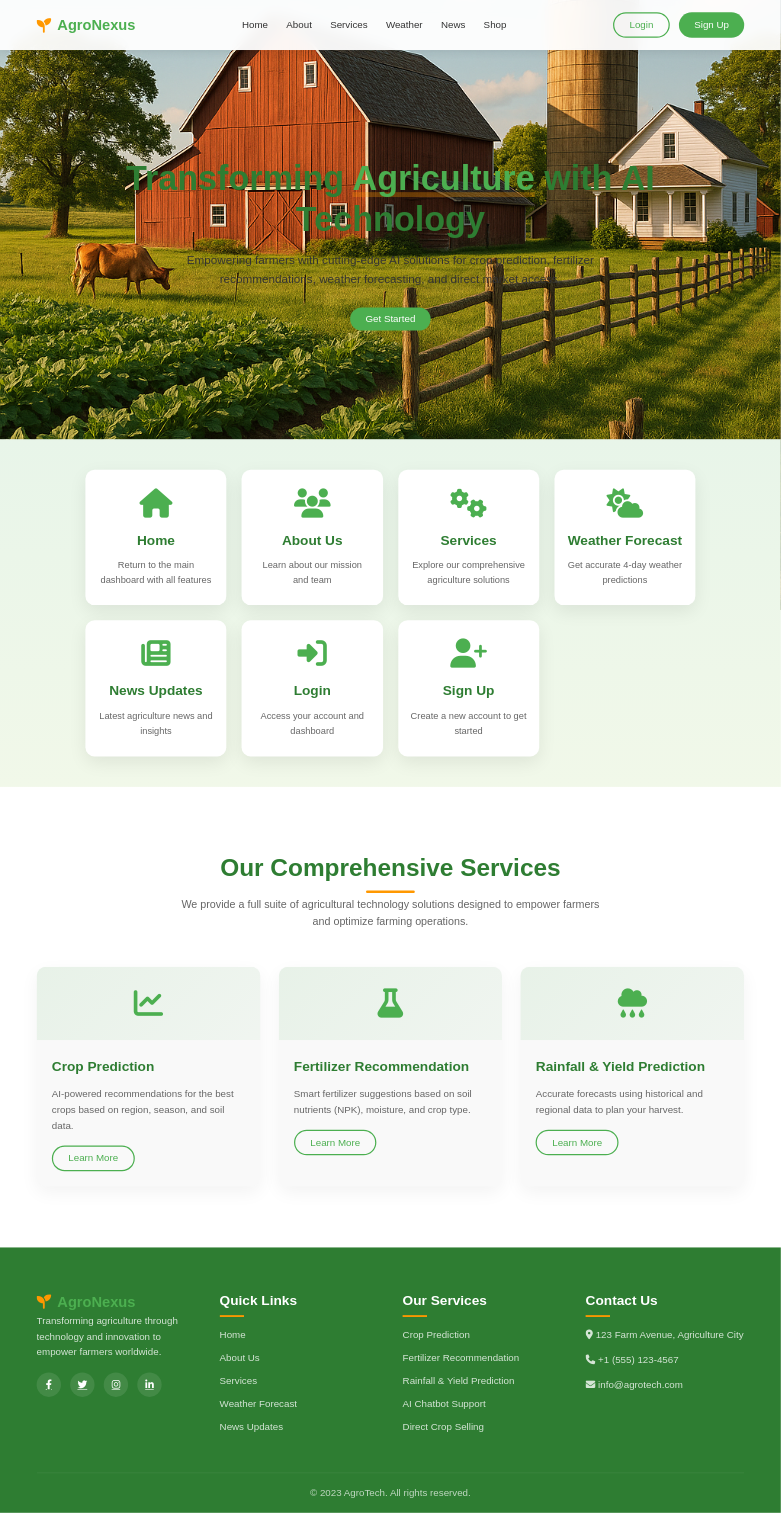
Repository: Sanika-ce/AgroNexus
Page: home.html
An editor plug-in stored every save of this project. The page is shown before and after the next save, followed by the edit.
The browser window is 1280 px wide. The pictures show the whole page, at 61% of full size.

Above is the page before, as saved 2025-08-02 15:04:22.

After the next save:
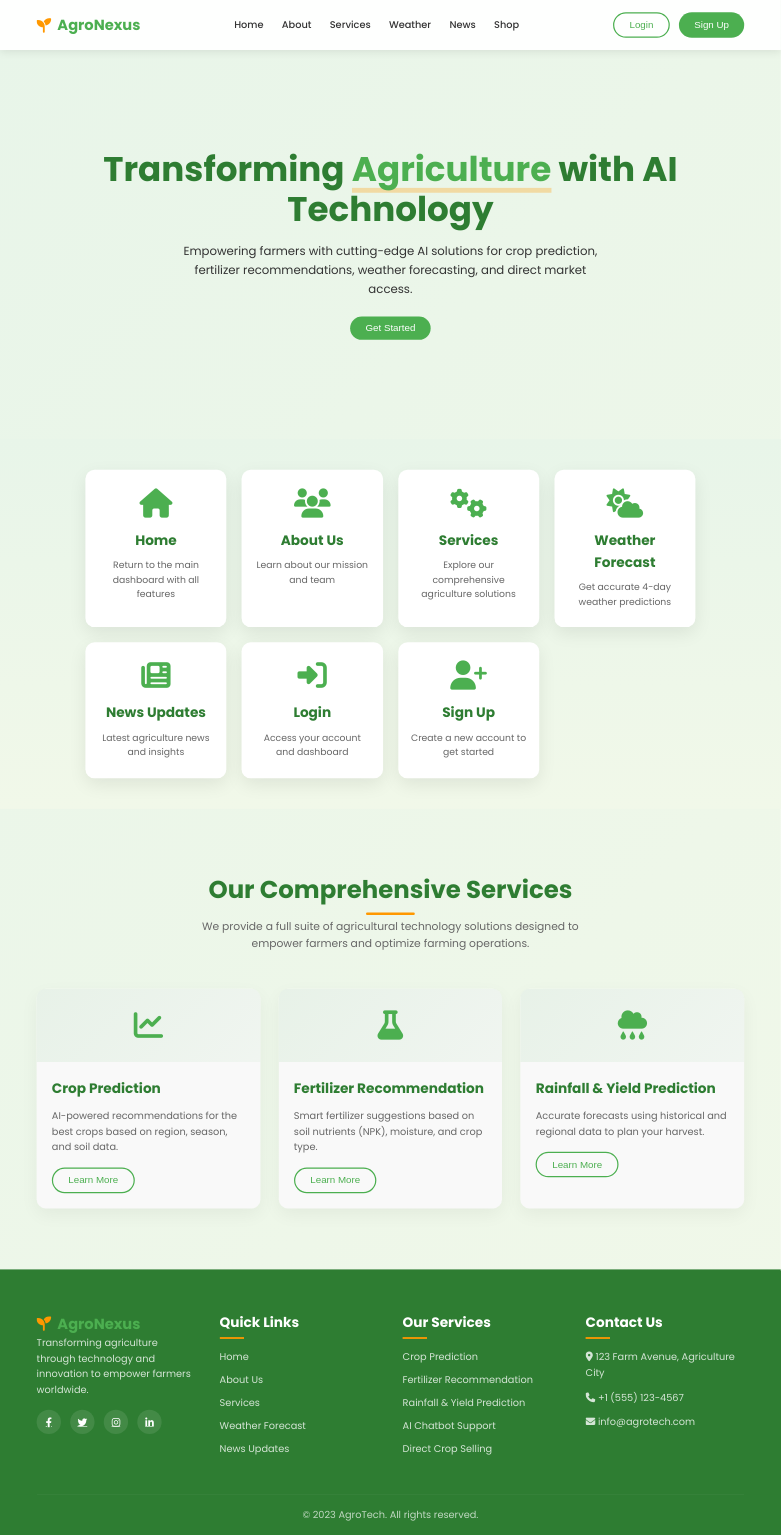
Saved 4 min 4 s later.
--- a/home.css
+++ b/home.css
@@ -22,13 +22,11 @@
             color: var(--text);
             overflow-x: hidden;
             line-height: 1.6;
-             background-image: url('image/agro.png');
-             background-size: cover;         /* Scales image to cover the screen */
-             background-position: center;    /* Centers the image */
-             background-repeat: no-repeat;   /* Prevents tiling */
-             height: 100vh;                  /* Ensures full viewport height */
-             margin: 0;
-             font-family: Arial, sans-serif;
+
+
+
+
+
         }
 
         .container {
